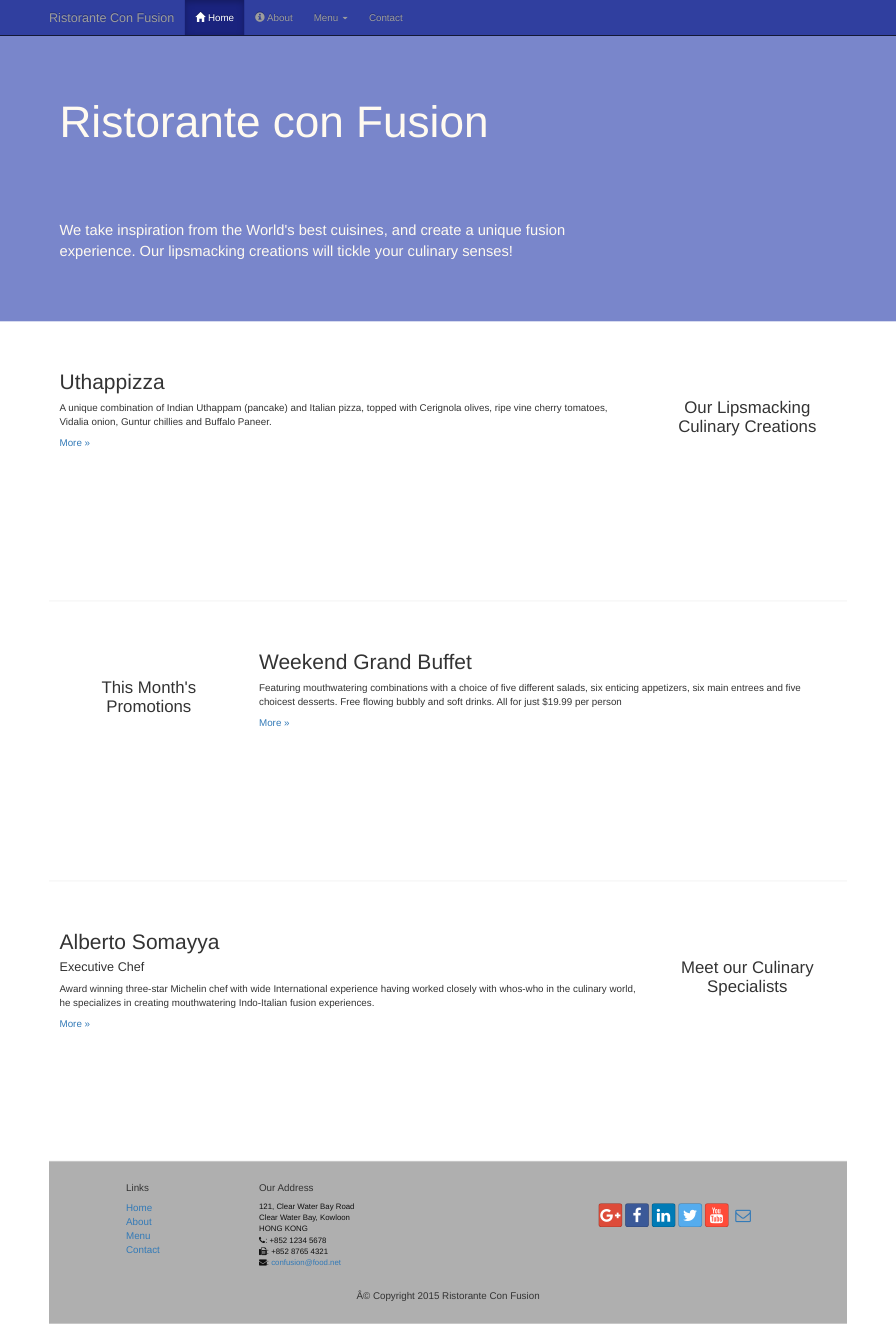
Repository: tagus24/Coursera
Page: http://localhost/conFusion/
These files come from the project's save history. The page is drawn as it stood at one moment and after the next save; the edit follows.
The browser window is 1280 px wide. The pictures show the whole page, at 70% of full size.
Some web libraries are served in a nearby version. The page is served by Tomcat 9.

Above is the page before, as saved 2016-02-06 15:49:04.

After the next save:
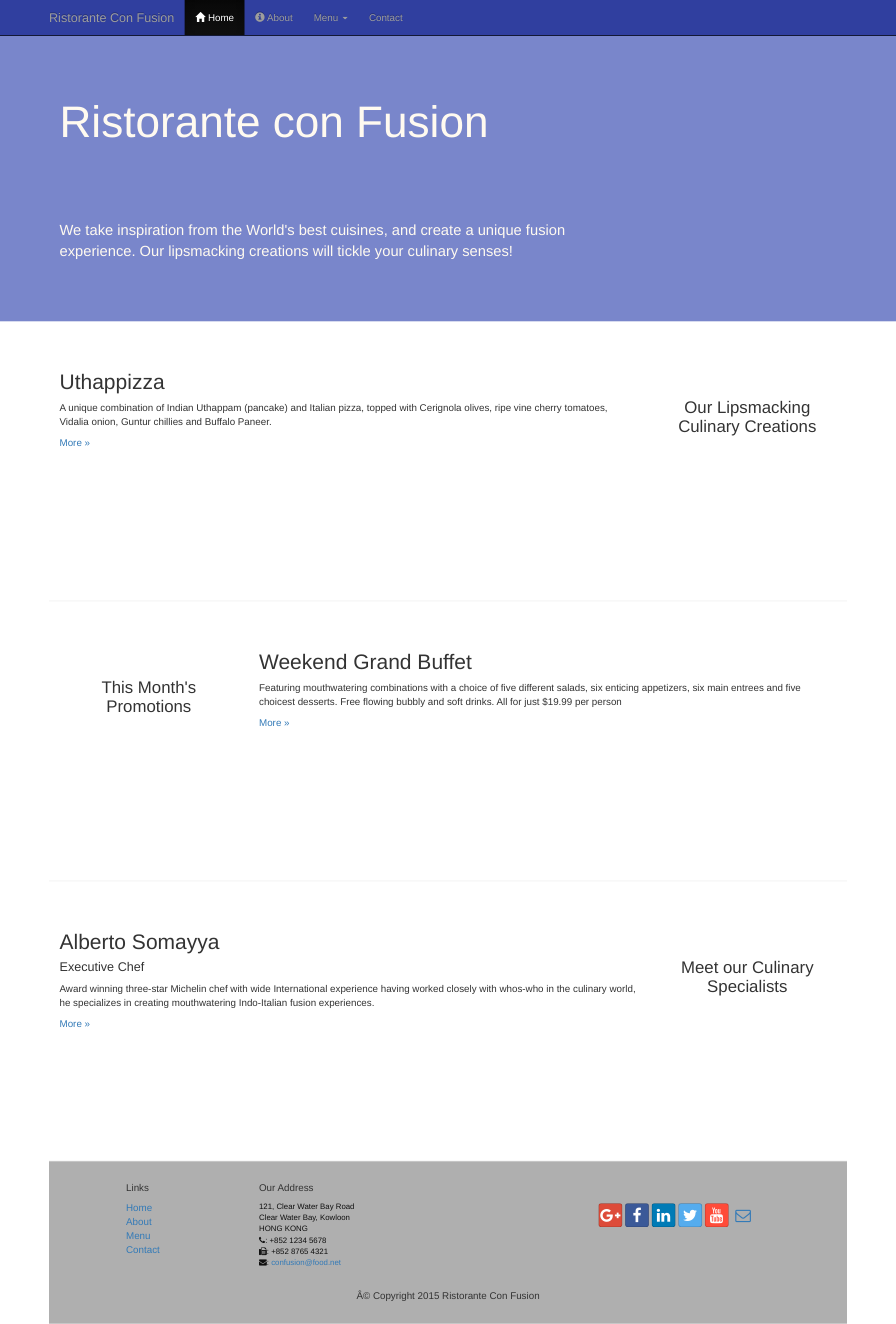
Saved 2 min 30 s later.
--- a/Coursera/FullStackDeveloper/conFusion/src/main/webapp/css/mystyles.css
+++ b/Coursera/FullStackDeveloper/conFusion/src/main/webapp/css/mystyles.css
@@ -41,6 +41,10 @@ body{
 
 .navbar-inverse .navbar-nav > .active > a,
 .navbar-inverse .navbar-nav > .active > a:hover,
+.navbar-inverse .navbar-nav > .active > a:click{
+	color: #fff;
+    background: #1A237E;
+},
 .navbar-inverse .navbar-nav > .active > a:focus {
     color: #fff;
     background: #1A237E;
